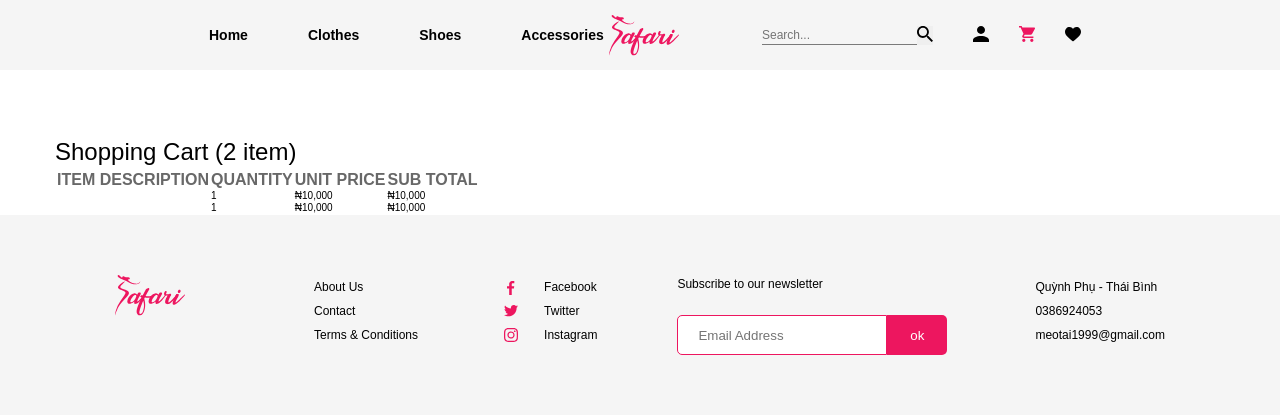
Repository: tboy1999/safari
Page: views/cart.html
An editor plug-in stored every save of this project. The page is shown before and after the next save, followed by the edit.
The browser window is 1280 px wide. The pictures show the whole page.
Some web libraries are served in a nearby version. The style sheet was rebuilt from its Sass, Less or Tailwind sources for each picture, by a compiler version that may differ from the author's.

Above is the page before, as saved 2022-04-28 13:11:54.

After the next save:
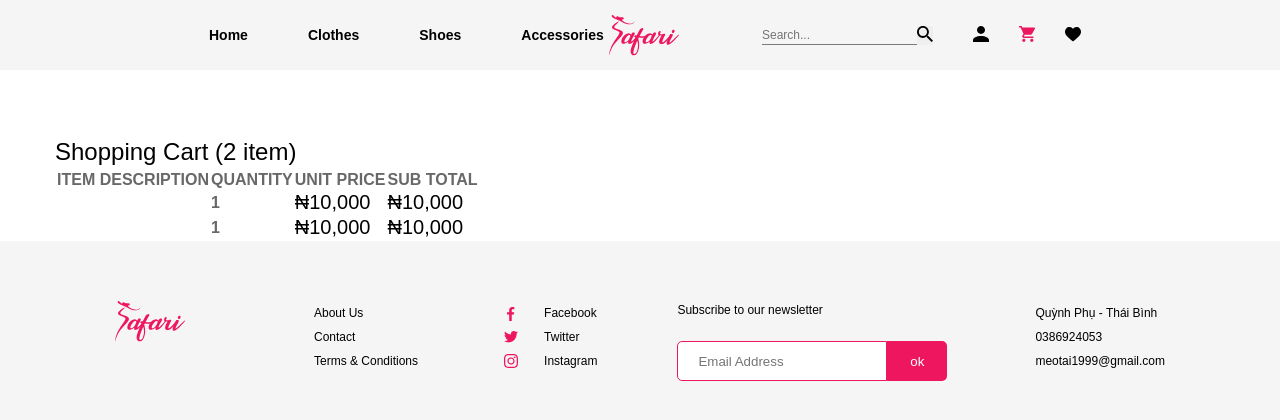
Saved 69 s later.
--- a/views/cart.html
+++ b/views/cart.html
@@ -66,15 +66,15 @@
         <tbody>
           <tr>
             <td></td>
-            <td>1</td>
-            <td>₦10,000</td>
-            <td>₦10,000</td>
+            <td class="fz16">1</td>
+            <td class="fz20">₦10,000</td>
+            <td class="fz20">₦10,000</td>
           </tr>
           <tr>
             <td></td>
-            <td>1</td>
-            <td>₦10,000</td>
-            <td>₦10,000</td>
+            <td class="fz16">1</td>
+            <td class="fz20">₦10,000</td>
+            <td class="fz20">₦10,000</td>
           </tr>
         </tbody>
       </table>
